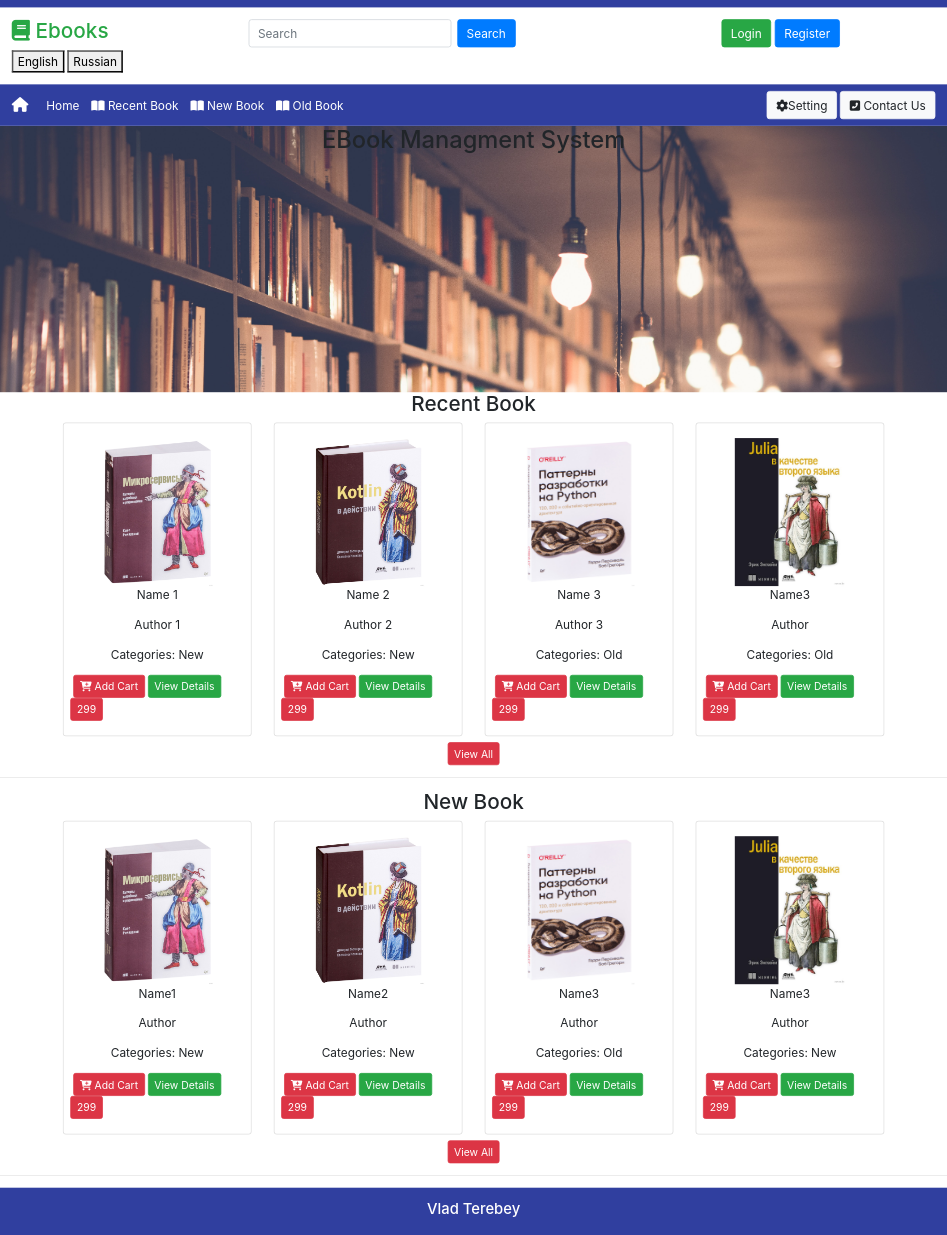
Repository: vladterebey/Web-Technologies
Page: http://localhost/Ebook-App/
An editor plug-in stored every save of this project. The page is shown before and after the next save, followed by the edit.
The browser window is 1280 px wide. The pictures show the whole page, at 74% of full size.
Some web libraries are served in a nearby version. The page is served by Tomcat 10.

Above is the page before, as saved 2023-11-20 09:14:29.

After the next save:
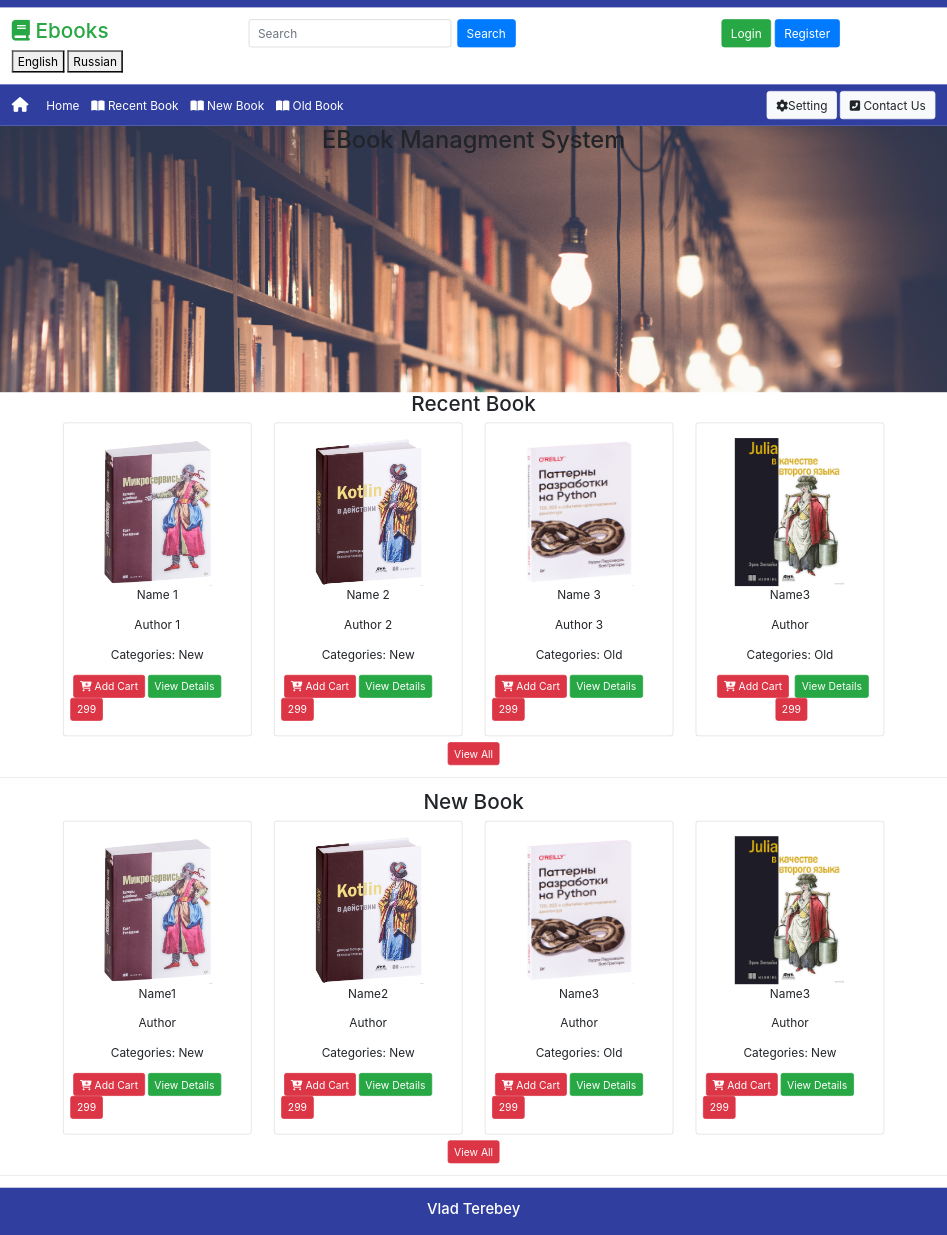
Saved 8 s later.
--- a/Ebook-App/src/main/webapp/index.jsp
+++ b/Ebook-App/src/main/webapp/index.jsp
@@ -89,10 +89,10 @@
 						<div class="card-body text-center">
 							<img alt="" src="book/book4.jpg"
 								style="width: 150px; height: 200px;" class="img-thumblin">
-							<p class="lang-name3">Name3</p>
-							<p class="lang-author3">Author</p>
+							<p id="lang-name3">Name3</p>
+							<p id="lang-author3">Author</p>
 							<p class="lang-category3">Categories: Old</p>
-							<div class="row">
+							<div id="row">
 								<a href="" class="btn btn-danger btn-sm ml-2 lang-add-cart"><i
 									class="fas fa-cart-plus"></i> Add Cart</a> <a href=""
 									class="btn btn-success btn-sm ml-1 lang-view-details">View Details</a> <a href=""
